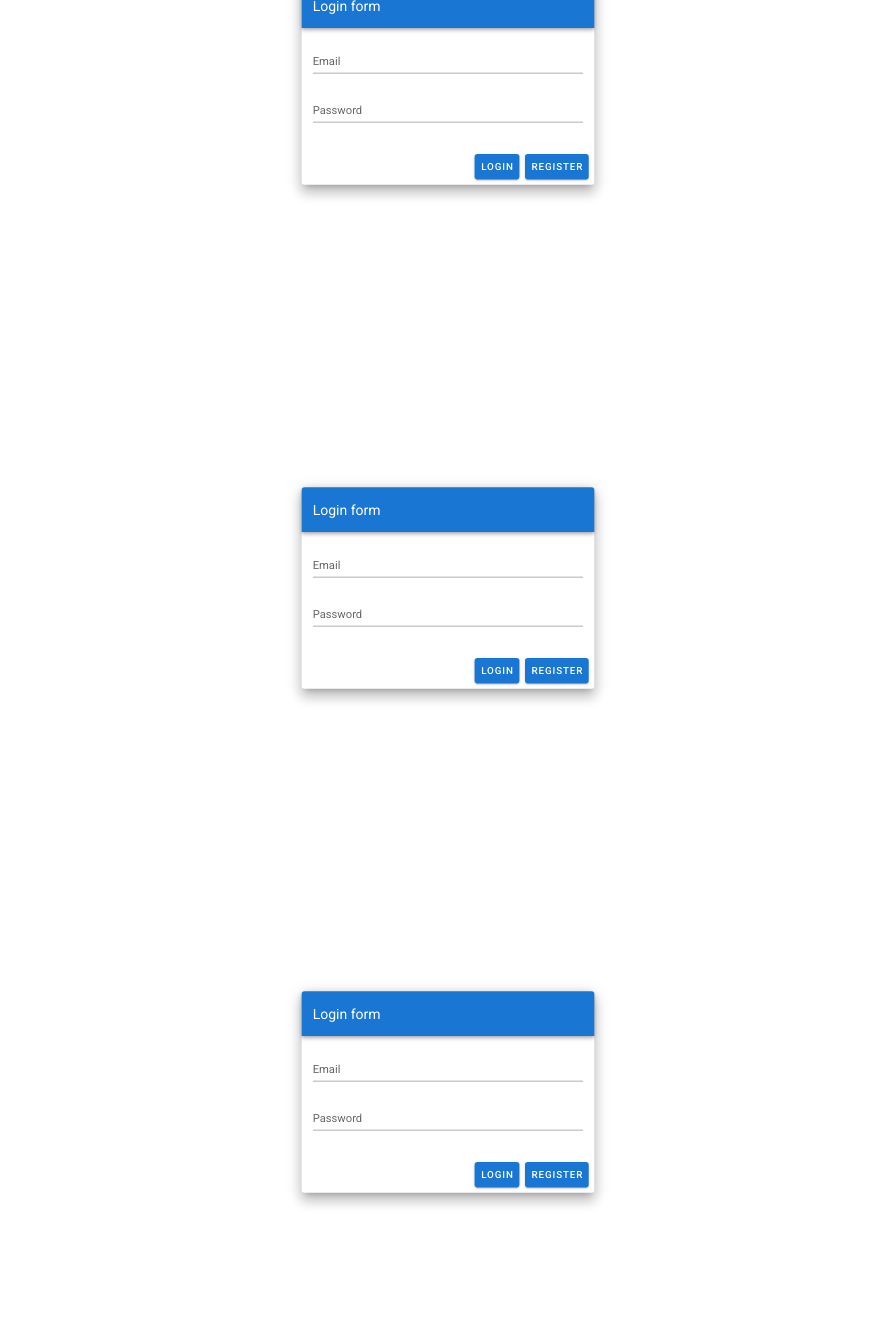
Repository: pao741/vue-todo
Page: /#/login
An editor plug-in stored every save of this project. The page is shown before and after the next save, followed by the edit.
The browser window is 1280 px wide. The pictures show the part of the page from y = 960 to 2880 px (the page is 2880 px tall before and 2160 px after), at 70% of full size.
The page's requests for data from a server got no answer. The project was rebuilt for these pictures with package versions that can differ from the ones it lists, and the page was loaded fresh each time. No one was signed in, and anything a server would have sent is missing. Also part of the build but not shown: vue.config.js, src/components/Main.vue, src/components/Register.vue, src/components/HelloWorld.vue.

Above is the page before, as saved 2021-02-08 17:15:21.

### src/main.js
import Vue from 'vue';
// import Vuex from 'vuex';
// import VueRouter from 'vue-router';
import App from './App.vue';
import vuetify from './plugins/vuetify';
import firebase from 'firebase';
import router from './router';

import 'vuetify/dist/vuetify.min.css';

const firebaseConfig = {
  apiKey: 'AIzaSyDDoWONGwbdeV8-j0yTCmUjzBNPDUFN7Q8',
  authDomain: 'vue-todo-ae3e5.firebaseapp.com',
  projectId: 'vue-todo-ae3e5',
  storageBucket: 'vue-todo-ae3e5.appspot.com',
  messagingSenderId: '816401963007',
  appId: '1:816401963007:web:1f3f49cc385198e51af9ca',
  measurementId: 'G-G9PREJ9C9D',
};
// Initialize Firebase
firebase.initializeApp(firebaseConfig);
firebase.analytics();

Vue.config.productionTip = false;
// Vue.use(Vuex);

new Vue({
  vuetify,
  router,
  render: (h) => h(App),
}).$mount('#app');

### src/App.vue
<template>
  <div>
    <router-view to="login">Log in</router-view>
    <router-view to="register">Register</router-view>
    <router-view to="HelloWorld">HelloWorld</router-view>
    <!-- <router-view to="login"></router-view> -->
    <Login />
  </div>
</template>

<script>
import Login from "./components/Login";

export default {
  name: "App",

  components: {
    Login
  },

  data: () => ({
    //
  })
};
</script>

### src/router/index.js
import Vue from 'vue';
import Router from 'vue-router';

import Login from '../components/Login';
import Main from '../components/Main';
import Register from '../components/Register';
import HelloWorld from '../components/HelloWorld';

Vue.use(Router);

export default new Router({
  routes: [
    {
      path: '/HelloWorld',
      name: 'HelloWorld',
      component: HelloWorld,
    },
    {
      path: '/',
      name: 'Main',
      component: Main,
    },
    {
      path: '/login',
      name: 'Login',
      component: Login,
    },
    {
      path: '/register',
      name: 'Register',
      component: Register,
    },
  ],
});

### src/components/Login.vue
<template>
  <v-app id="Log in">
    <v-content>
      <v-container fluid fill-height>
        <v-layout align-center justify-center>
          <v-flex xs12 sm8 md4>
            <v-card class="elevation-12">
              <v-toolbar dark color="primary">
                <v-toolbar-title>Login form</v-toolbar-title>
              </v-toolbar>
              <v-card-text>
                <v-form>
                  <v-text-field
                    name="email"
                    label="Email"
                    type="text"
                  ></v-text-field>
                  <v-text-field
                    id="password"
                    name="password"
                    label="Password"
                    type="password"
                  ></v-text-field>
                </v-form>
              </v-card-text>
              <v-card-actions>
                <v-spacer></v-spacer>
                <v-btn color="primary" @click="login">Login</v-btn>
                <v-btn color="primary" @click="$router.push('register')"
                  >Register</v-btn
                >
              </v-card-actions>
            </v-card>
          </v-flex>
        </v-layout>
      </v-container>
    </v-content>
  </v-app>
</template>

<script>
import firebase from "firebase";

export default {
  name: "Login",
  props: {
    source: String
  },
  data() {
    return {
      email: "",
      password: ""
    };
  },
  methods: {
    login() {
      firebase
        .auth()
        .signInWithEmailAndPassword(this.email, this.password)
        .then(user => {
          console.log(user.data);
        })
        .catch(error => {
          alert(error);
        });
    }
  }
};
</script>

<style></style>

Loaded but not shown: public/index.html (common file); src/plugins/vuetify.js (common file)

After the next save:
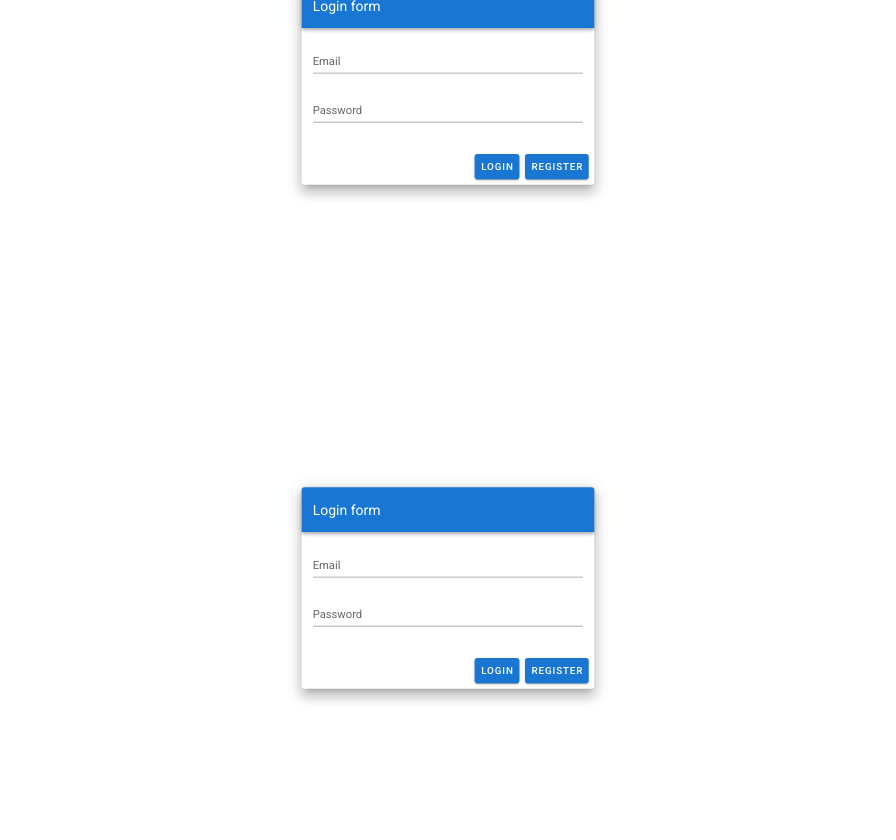
Saved 31 s later.
--- a/src/App.vue
+++ b/src/App.vue
@@ -2,7 +2,7 @@
   <div>
     <router-view to="login">Log in</router-view>
     <router-view to="register">Register</router-view>
-    <router-view to="HelloWorld">HelloWorld</router-view>
+    <!-- <router-view to="HelloWorld">HelloWorld</router-view> -->
     <!-- <router-view to="login"></router-view> -->
     <Login />
   </div>
